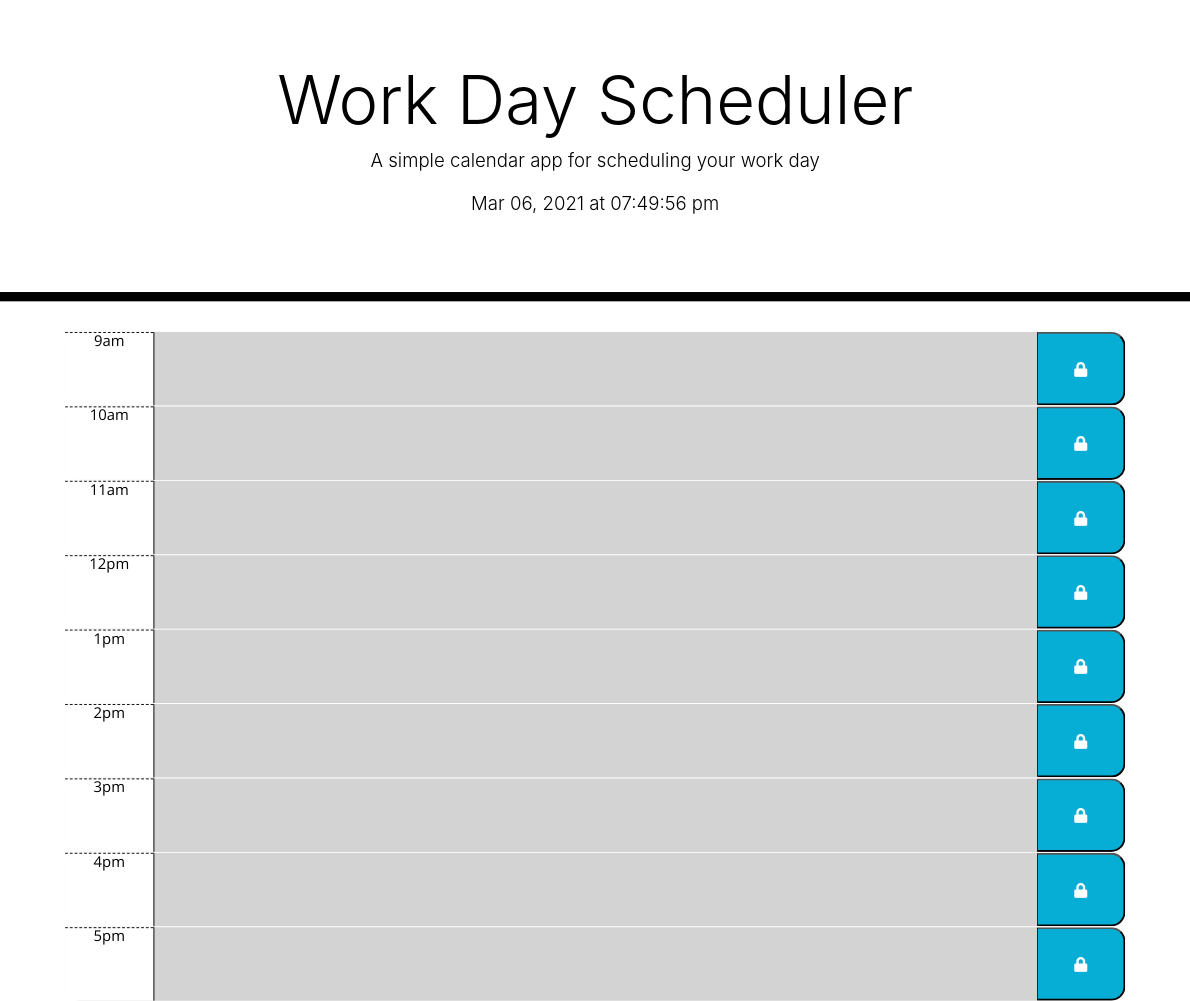
Repository: ziffoit/Work-Day_Scheduler
Page: Develop/index.html
These files come from the project's save history. The page is drawn as it stood at one moment and after the next save; the edit follows.
The browser window is 1280 px wide. The pictures show the whole page, at 93% of full size.
Some web libraries are served in a nearby version.

Above is the page before, as saved 2021-03-17 21:19:45.

### Develop/index.html
<!DOCTYPE html>
<html lang="en">
  <head>
    <meta charset="UTF-8" />
    <meta name="viewport" content="width=device-width, initial-scale=1.0" />
    <meta http-equiv="X-UA-Compatible" content="ie=edge" />
    <link
      rel="stylesheet"
      href="https://stackpath.bootstrapcdn.com/bootstrap/4.3.1/css/bootstrap.min.css"
    />
    <link
      rel="stylesheet"
      href="https://use.fontawesome.com/releases/v5.8.1/css/all.css"
      integrity="sha384-50oBUHEmvpQ+1lW4y57PTFmhCaXp0ML5d60M1M7uH2+nqUivzIebhndOJK28anvf"
      crossorigin="anonymous"
    />
    <link
      href="https://fonts.googleapis.com/css?family=Open+Sans&display=swap"
      rel="stylesheet"
    />
    <link rel="stylesheet" href="style.css" />
    <title>Work Day Scheduler</title>
  </head>

  <body>
    <header class="jumbotron">
      <h1 class="display-3">Work Day Scheduler</h1>
      <p class="lead">A simple calendar app for scheduling your work day</p>
      <p id="currentDay" class="lead"></p>
    </header>
    <div class="container">
      <div class="row time-block" id="9">
        <hourbody class="col-1 hour">9am</hourbody>
        <textarea class="col-10 description"></textarea>
        <button class="col-1 saveBtn"><i class="fas fa-lock"></i></button>
      </div>
      <div class="row time-block" id="10">
        <hourbody class="col-1 hour">10am</hourbody>
        <textarea class="col-10 description"></textarea>
        <button class="col-1 saveBtn"><i class="fas fa-lock"></i></button>
      </div>
      <div class="row time-block" id="11">
        <hourbody class="col-1 hour">11am</hourbody>
        <textarea class="col-10 description"></textarea>
        <button class="col-1 saveBtn"><i class="fas fa-lock"></i></button>
      </div>
      <div class="row time-block" id="12">
        <hourbody class="col-1 hour">12pm</hourbody>
        <textarea class="col-10 description"></textarea>
        <button class="col-1 saveBtn"><i class="fas fa-lock"></i></button>
      </div>
      <div class="row time-block" id="13">
        <hourbody class="col-1 hour">1pm</hourbody>
        <textarea class="col-10 description"></textarea>
        <button class="col-1 saveBtn"><i class="fas fa-lock"></i></button>
      </div>
      <div class="row time-block" id="14">
        <hourbody class="col-1 hour">2pm</hourbody>
        <textarea class="col-10 description"></textarea>
        <button class="col-1 saveBtn"><i class="fas fa-lock"></i></button>
      </div>
      <div class="row time-block" id="15">
        <hourbody class="col-1 hour">3pm</hourbody>
        <textarea class="col-10 description"></textarea>
        <button class="col-1 saveBtn"><i class="fas fa-lock"></i></button>
      </div>
      <div class="row time-block" id="16">
        <hourbody class="col-1 hour">4pm</hourbody>
        <textarea class="col-10 description"></textarea>
        <button class="col-1 saveBtn"><i class="fas fa-lock"></i></button>
      </div>
      <div class="row time-block" id="17">
        <hourbody class="col-1 hour">5pm</hourbody>
        <textarea class="col-10 description"></textarea>
        <button class="col-1 saveBtn"><i class="fas fa-lock"></i></button>
      </div>

      <!-- Timeblocks go here -->
    </div>

    <script src="https://cdnjs.cloudflare.com/ajax/libs/jquery/3.2.1/jquery.min.js"></script>
    <script src="https://cdnjs.cloudflare.com/ajax/libs/moment.js/2.24.0/moment.min.js"></script>
    <script src="script.js"></script>
  </body>
</html>

### Develop/style.css
hourbody {
  font-family: "Open Sans", sans-serif;
  font-size: 16px;
  line-height: 1;
}

textarea {
  background: transparent;
  border: none;
  resize: none;
  color: #000000;
  border-left: 1px solid black;
  padding: 10px;
}

.jumbotron {
  text-align: center;
  background-color: transparent;
  color: black;
  border-radius: 0;
  border-bottom: 10px solid black;
}

.description {
  white-space: pre-wrap;
}

.time-block {
  text-align: center;
  border-radius: 15px;
}

.row {
  white-space: pre-wrap;
  height: 80px;
  border-top: 1px solid white;
}

.hour {
  background-color: #ffffff;
  color: #000000;
  border-top: 1px dashed #000000;
}

.past {
  background-color: #d3d3d3;
  color: white;
}

.present {
  background-color: #ff6961;
  color: white;
}

.future {
  background-color: #77dd77;
  color: white;
}

.saveBtn {
  border-left: 1px solid black;
  border-top-right-radius: 15px;
  border-bottom-right-radius: 15px;
  background-color: #06aed5;
  color: white;
}

.saveBtn i:hover {
  font-size: 20px;
  transition: all 0.3s ease-in-out;
}

### Develop/script.js
var schedule = $('.description')
var saveBtn = $('.saveBtn')
var timeBlock = $('.time-block')
var currentDay = $('#currentDay')
var today = moment()
var currentTime = moment().hours()


function dateAndTime() {
    var rightNow = moment().format('MMM DD, YYYY [at] hh:mm:ss a');
    currentDay.text(rightNow);
}

setInterval(dateAndTime, 1000)

function savedSchedule() {
    timeBlock.each(function() {
        var id = $(this).attr('id')
        var task = localStorage.getItem(id)
        if (task != 'null') {
            $(this).find(schedule).val(task)
        }
    })
}

savedSchedule()

saveBtn.on('click', function() {
    var hour = $(this).parent().attr('id')
    var task = $(this).siblings('.description').val()
    localStorage.setItem(hour, task)
})

function colorChange() {
    currentTime = today.hours()
    timeBlock.each(function() {
        var currentHour = parseInt($(this).attr('id'))
        if (currentHour > currentTime) {
            $(this).addClass('future')
        } else if (currentHour === currentTime) {
            $(this).addClass('present')
        } else {
            $(this).addClass('past')
        }
    })
}

colorChange()

After the next save:
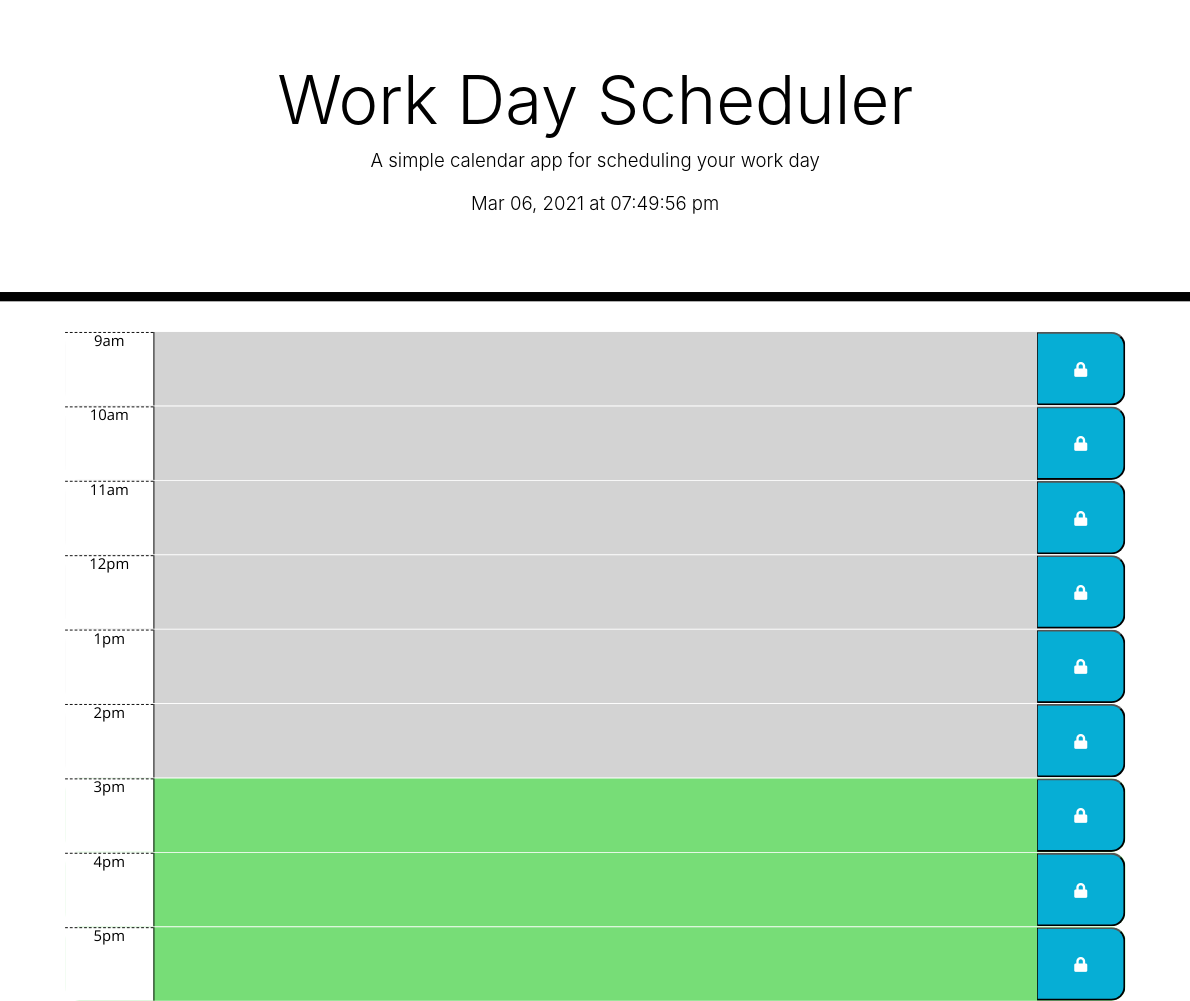
Saved 70 s later.
--- a/Develop/index.html
+++ b/Develop/index.html
@@ -59,17 +59,17 @@
         <textarea class="col-10 description"></textarea>
         <button class="col-1 saveBtn"><i class="fas fa-lock"></i></button>
       </div>
-      <div class="row time-block" id="15">
+      <div class="row time-block" id="21">
         <hourbody class="col-1 hour">3pm</hourbody>
         <textarea class="col-10 description"></textarea>
         <button class="col-1 saveBtn"><i class="fas fa-lock"></i></button>
       </div>
-      <div class="row time-block" id="16">
+      <div class="row time-block" id="22">
         <hourbody class="col-1 hour">4pm</hourbody>
         <textarea class="col-10 description"></textarea>
         <button class="col-1 saveBtn"><i class="fas fa-lock"></i></button>
       </div>
-      <div class="row time-block" id="17">
+      <div class="row time-block" id="23">
         <hourbody class="col-1 hour">5pm</hourbody>
         <textarea class="col-10 description"></textarea>
         <button class="col-1 saveBtn"><i class="fas fa-lock"></i></button>
